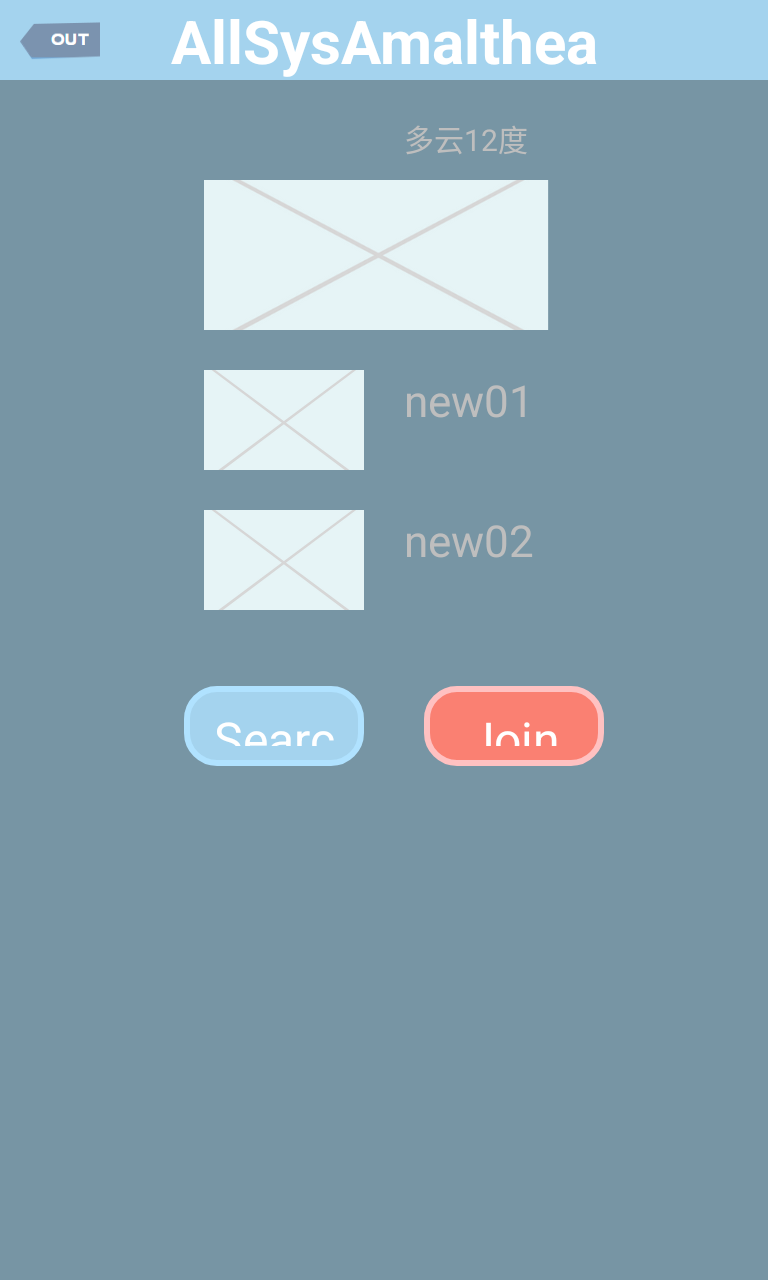
Repository: AllSysAmalthea/AllSys
Layout: APP/AppUI code/代码/Allsys/res/layout/activity_regular.xml
An editor plug-in stored every save of this project. The layout is shown before and after the next save, followed by the edit.
It is drawn on a 768 x 1280 px phone screen (xhdpi) without system bars, with theme android:Theme.NoTitleBar; the app's code is not run.

Above is the layout before, as saved 2015-06-08 02:47:48.

### APP/AppUI code/代码/Allsys/res/layout/activity_regular.xml
<RelativeLayout xmlns:android="http://schemas.android.com/apk/res/android"
    xmlns:tools="http://schemas.android.com/tools"
    android:layout_width="match_parent"
    android:layout_height="wrap_content"
    android:layout_gravity="center_horizontal"
    android:background="@drawable/back"
    android:gravity="top"
    tools:context=".SearchActivity" >

    <AbsoluteLayout
        android:id="@+id/linearLayout1"
        android:layout_width="fill_parent"
        android:layout_height="wrap_content"
        android:orientation="horizontal" >

        <TextView
            android:id="@+id/header_text"
            android:layout_width="fill_parent"
            android:layout_height="80px"
            android:layout_x="0px"
            android:layout_y="0px"
            android:background="#A4D3EE"
            android:gravity="center"
            android:singleLine="true"
            android:text="AllSysAmalthea"
            android:textColor="#ffffff"
            android:textSize="30sp"
            android:textStyle="bold" />

        <ImageButton
            android:id="@+id/header_left_btn"
            android:layout_width="80px"
            android:layout_height="60px"
            android:layout_x="10dp"
            android:layout_y="4dp"
            android:background="@drawable/pic1" />

        <ImageButton
            android:id="@+id/Location"
            android:layout_width="40px"
            android:layout_height="40px"
            android:layout_x="532dp"
            android:layout_y="11dp"
            android:background="@drawable/loc" />

    </AbsoluteLayout>

    <TextView
        android:id="@+id/textView1"
        android:layout_width="200px"
        android:layout_height="60px"
        android:layout_alignTop="@+id/myImageView2"
        android:layout_marginLeft="20dp"
        android:layout_toRightOf="@+id/myImageView2"
        android:text="new01"
        android:textSize="22sp" />

    <ImageView
        android:id="@+id/myImageView3"
        android:layout_width="160px"
        android:layout_height="100px"
        android:layout_below="@+id/myImageView2"
        android:layout_marginTop="20dp"
        android:layout_toLeftOf="@+id/textView1"
        android:background="@drawable/news02" />

    <TextView
        android:id="@+id/textView2"
        android:layout_width="200px"
        android:layout_height="60px"
        android:layout_alignLeft="@+id/textView1"
        android:layout_alignTop="@+id/myImageView3"
        android:text="new02"
        android:textSize="22sp" />

    <ImageView
        android:id="@+id/myImageView2"
        android:layout_width="160px"
        android:layout_height="100px"
        android:layout_alignLeft="@+id/myImageView1"
        android:layout_below="@+id/myImageView1"
        android:layout_marginTop="20dp"
        android:background="@drawable/news02" />

    <ImageView
        android:id="@+id/myImageView1"
        android:layout_width="360px"
        android:layout_height="150px"
        android:layout_below="@+id/textView4"
        android:layout_centerHorizontal="true"
        android:layout_marginTop="12dp"
        android:background="@drawable/news01" />

    <Button
        android:id="@+id/Joinus"
        android:layout_width="180px"
        android:layout_height="80px"
        android:layout_alignBaseline="@+id/Search"
        android:layout_alignBottom="@+id/Search"
        android:layout_alignRight="@+id/textView2"
        android:background="@drawable/shape2"
        android:text="Join us"
        android:textColor="#ffffff"
        android:textSize="24sp" />

    <Button
        android:id="@+id/Search"
        android:layout_width="180px"
        android:layout_height="80px"
        android:layout_alignRight="@+id/myImageView3"
        android:layout_below="@+id/myImageView3"
        android:layout_marginTop="38dp"
        android:background="@drawable/shape3"
        android:text="Search"
        android:textColor="#ffffff"
        android:textSize="24sp" />

    <TextView
        android:id="@+id/textView4"
        android:layout_width="200px"
        android:layout_height="40px"
        android:layout_alignLeft="@+id/textView1"
        android:layout_below="@+id/linearLayout1"
        android:layout_marginTop="18dp"
        android:text="多云12度"
        android:textSize="15sp" />

</RelativeLayout>

### APP/AppUI code/代码/Allsys/res/drawable-mdpi/shape2.xml
<?xml version="1.0" encoding="utf-8"?>
<shape xmlns:android="http://schemas.android.com/apk/res/android"
    android:shape="rectangle" >

    <!-- 填充的颜色：这里设置背景透明 -->
    <solid android:color="#fa8072" />
    <!-- 边框的颜色 ：不能和窗口背景色一样-->
    <stroke
        android:width="3dp"
        android:color="#FFC1C1" />
    <!-- 设置按钮的四个角为弧形 -->
    <!-- android:radius 弧形的半径 -->
    <corners android:radius="15dip" />

    <!-- padding：Button里面的文字与Button边界的间隔 -->
    <padding
        android:bottom="10dp"
        android:left="10dp"
        android:right="10dp"
        android:top="10dp" />

</shape>

### APP/AppUI code/代码/Allsys/res/drawable-mdpi/shape3.xml
<?xml version="1.0" encoding="utf-8"?>
<shape xmlns:android="http://schemas.android.com/apk/res/android"
    android:shape="rectangle" >

    <!-- 填充的颜色：这里设置背景透明 -->
    <solid android:color="#A4D3EE" />
    <!-- 边框的颜色 ：不能和窗口背景色一样-->
    <stroke
        android:width="3dp"
        android:color="#B0E2FF" />
    <!-- 设置按钮的四个角为弧形 -->
    <!-- android:radius 弧形的半径 -->
    <corners android:radius="15dip" />

    <!-- padding：Button里面的文字与Button边界的间隔 -->
    <padding
        android:bottom="10dp"
        android:left="10dp"
        android:right="10dp"
        android:top="10dp" />

</shape>

After the next save:
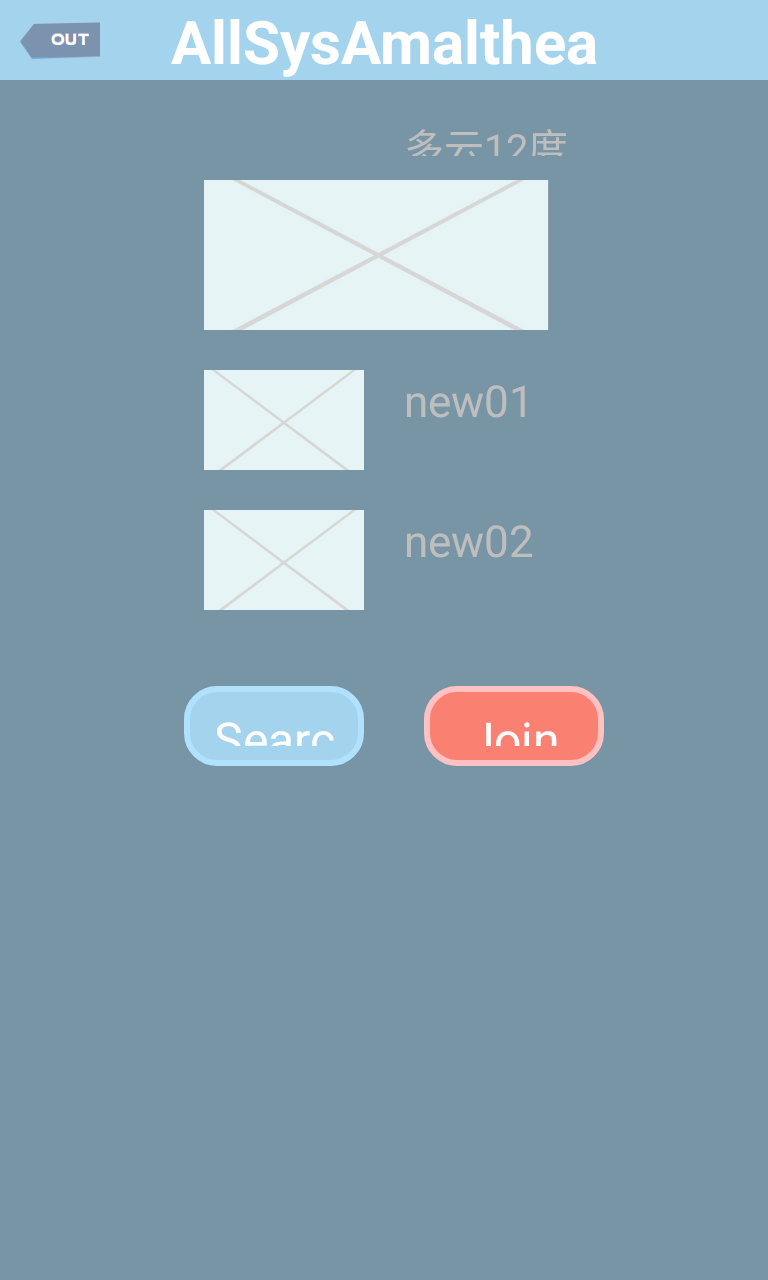
Saved 19 s later.
--- a/APP/AppUI code/代码/Allsys/res/layout/activity_regular.xml
+++ b/APP/AppUI code/代码/Allsys/res/layout/activity_regular.xml
@@ -123,6 +123,6 @@
         android:layout_below="@+id/linearLayout1"
         android:layout_marginTop="18dp"
         android:text="多云12度"
-        android:textSize="15sp" />
+        android:textSize="20sp" />
 
 </RelativeLayout>
